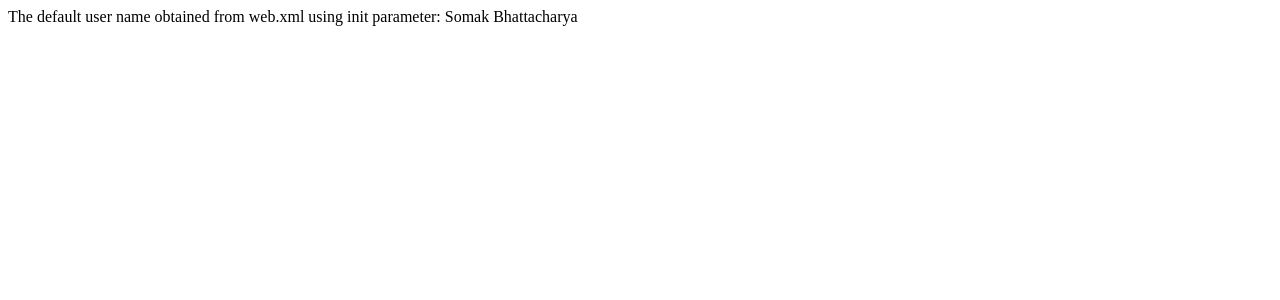
Repository: somakbha/CodeBackUP
Page: http://localhost/SimpleServletProject/initpage.jsp
These files come from the project's save history. The page is drawn as it stood at one moment and after the next save; the edit follows.
The browser window is 1280 px wide. The pictures show the whole page.
The page is served by Tomcat 9.

Above is the page before, as saved 2019-06-15 17:15:37.

After the next save:
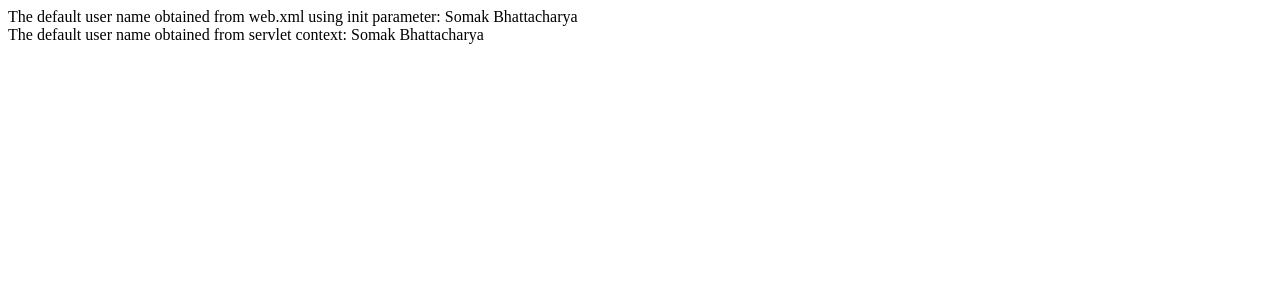
Saved 4 min 13 s later.
--- a/JSP-Servlet-by-java-brains/SimpleServletProject/WebContent/initpage.jsp
+++ b/JSP-Servlet-by-java-brains/SimpleServletProject/WebContent/initpage.jsp
@@ -8,6 +8,20 @@
 </head>
 <body>
 
+<%!
+public void jspInit(){
+
+	String uname = getServletConfig().getInitParameter("defaultUser");
+
+	getServletContext().setAttribute("default user name", uname);
+
+}
+
+
+%>
+
 The default user name obtained from web.xml using init parameter: <%=getServletConfig().getInitParameter("defaultUser") %>
+</br>
+The default user name obtained from servlet context: <%=getServletContext().getAttribute("default user name") %>
 </body>
 </html>
